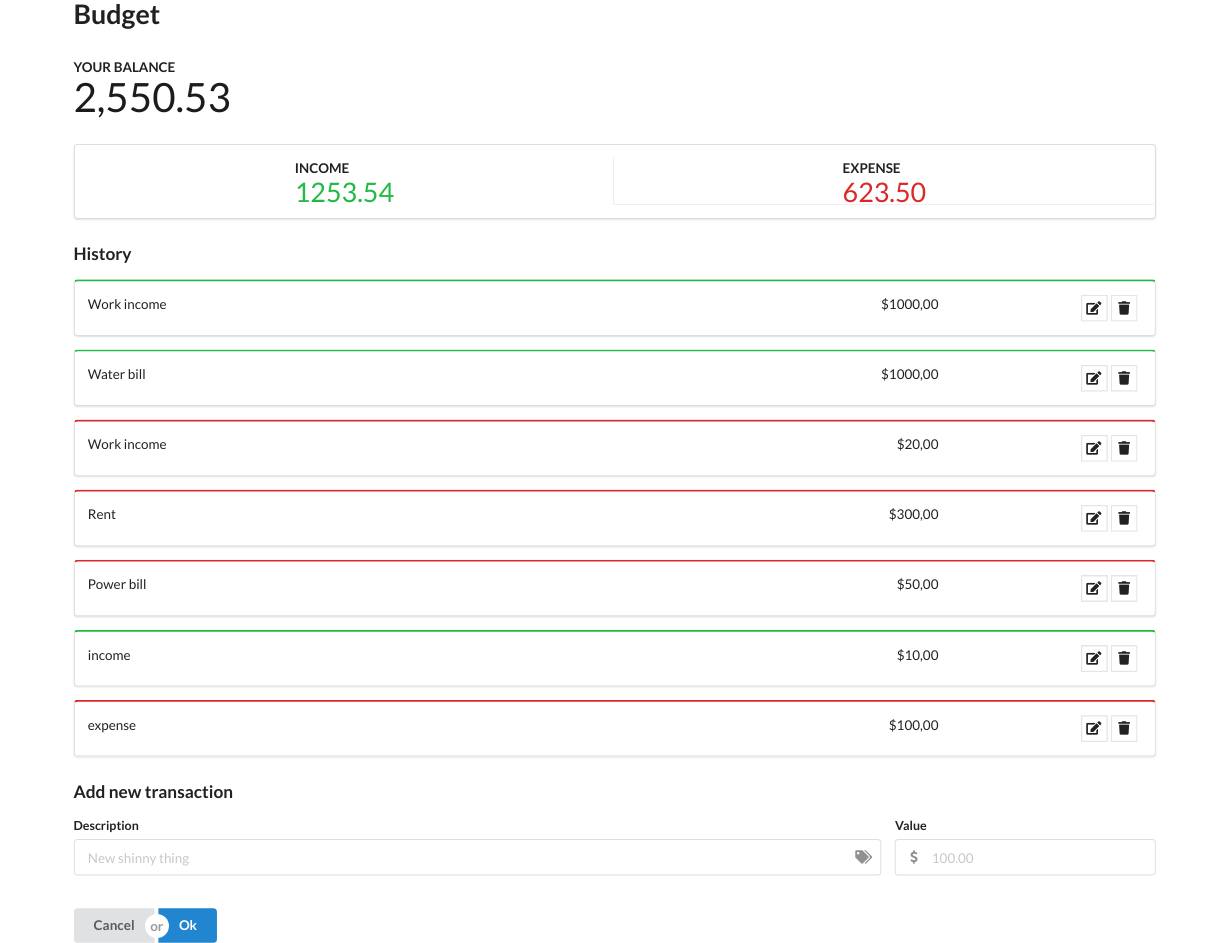
Repository: khuetn/budget-react
Page: /
The author's editor kept a copy of each file at every save. The page is drawn from the files as they stood at one save, then again after the next save.
The browser window is 1280 px wide. The pictures show the whole page, at 96% of full size.
The project was rebuilt for these pictures with package versions that can differ from the ones it lists, and the page was loaded fresh each time. Also part of the build but not shown: src/App.css.

Above is the page before, as saved 2021-07-18 11:33:51.

After the next save:
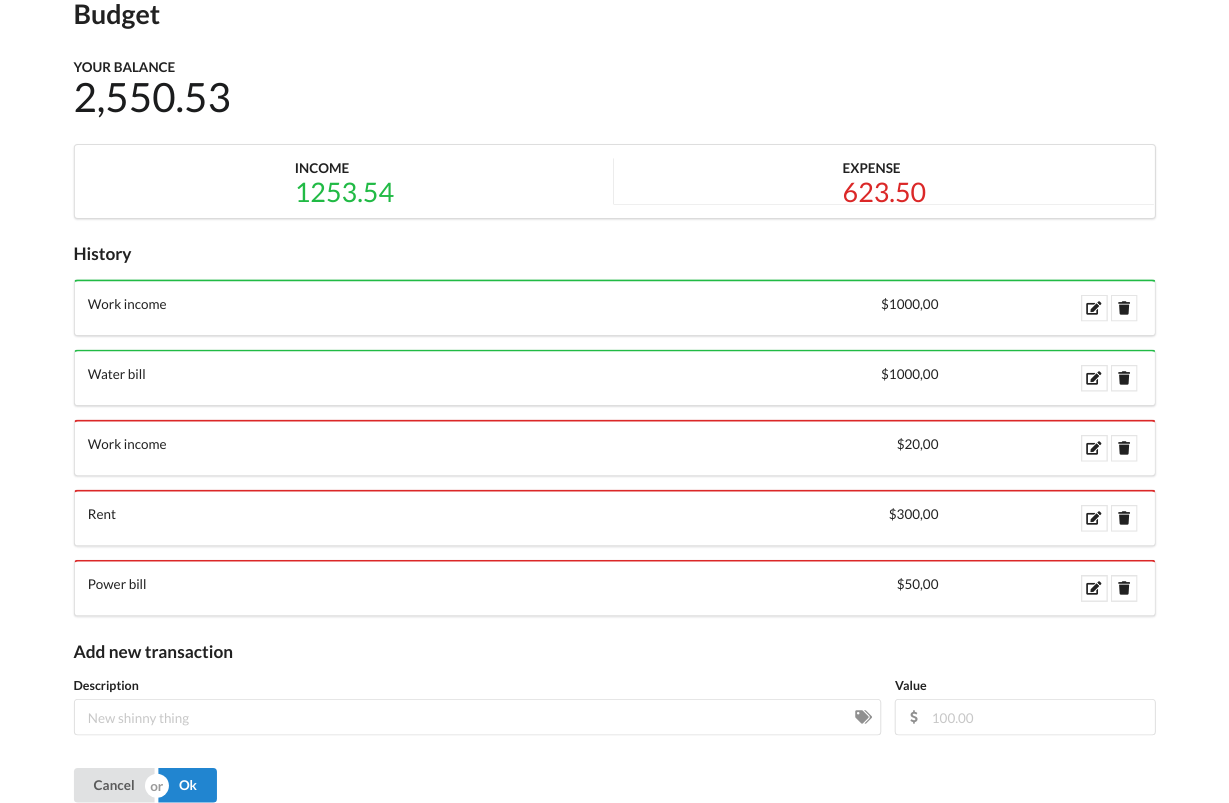
Saved 7 s later.
--- a/src/App.js
+++ b/src/App.js
@@ -24,8 +24,6 @@ function App() {
           isExpense={entry.isExpense}
         />
       ))}
-      <EntryLine description="income" value="$10,00" />
-      <EntryLine description="expense" value="$100,00" isExpense />
 
       <MainHeader title="Add new transaction" type="h3" />
       <NewEntryForm />
